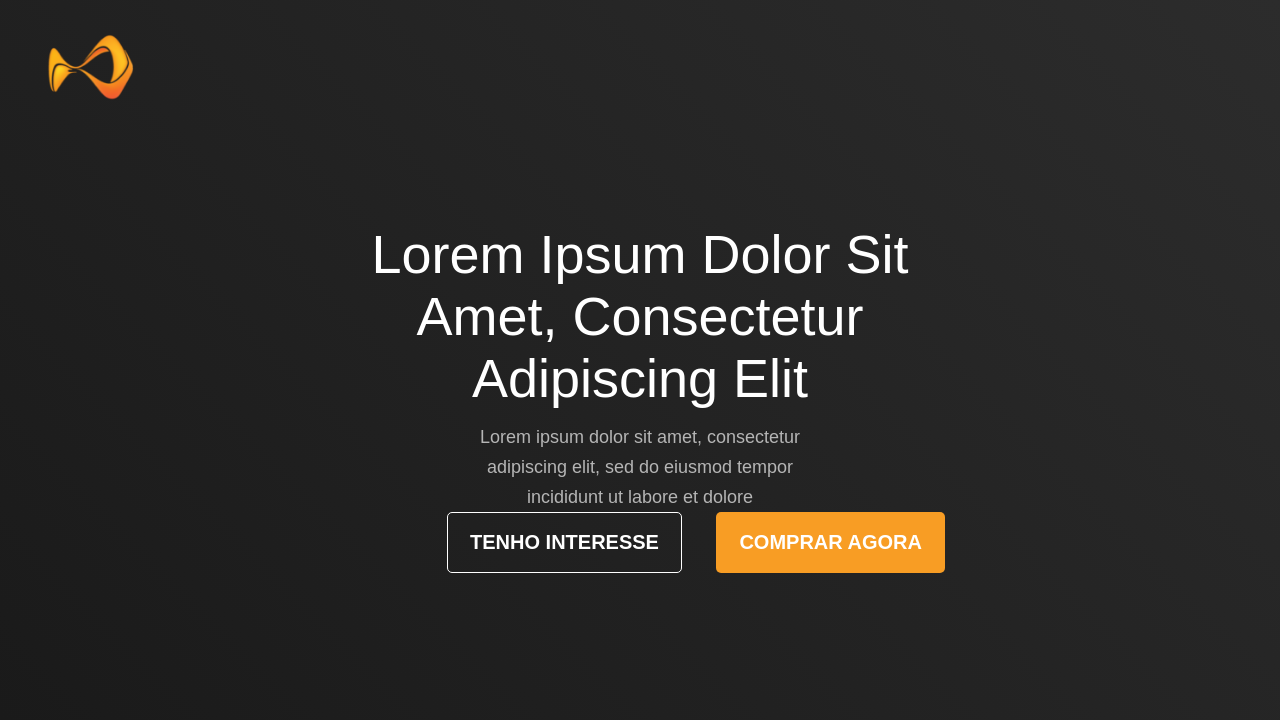
Repository: Rafael-Araujo-dev/Treinamento-Raccoon
Page: Projeto-2/index.html
These files come from the project's save history. The page is drawn as it stood at one moment and after a run of saves; the edit follows.
The browser window is 1280 px wide. The pictures show the whole page.
Some web fonts or font styles are not loaded; a fallback is used.

Above is the page before, as saved 2021-09-23 07:31:39.

After the next 5 saves:
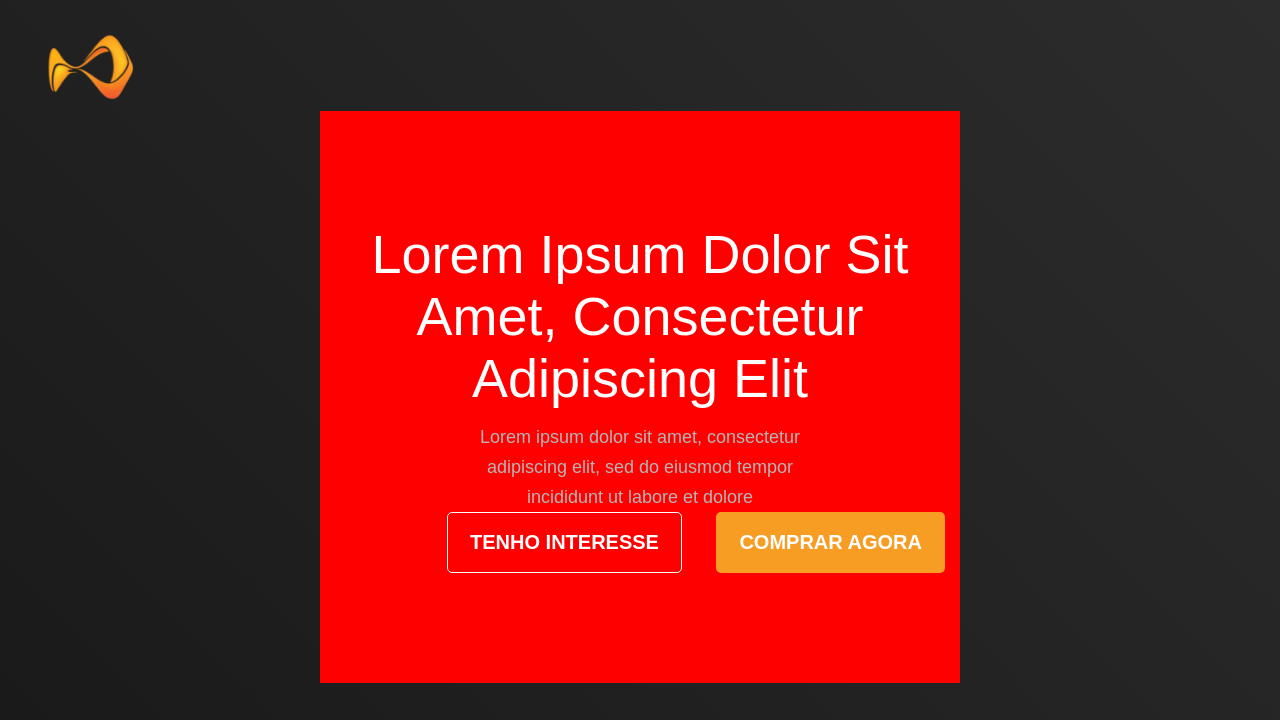
The 5 saves are shown as one change because they came seconds apart.
The last was saved 13 s later.
--- a/Projeto-2/css/style.css
+++ b/Projeto-2/css/style.css
@@ -65,7 +65,7 @@
     display: flex;
     flex-direction: column;
     flex-wrap: wrap;
-    justify-content: center;
+    background-color: red;
 }
 
 @media (max-width: 1240px) {

After the 2 saves that followed:
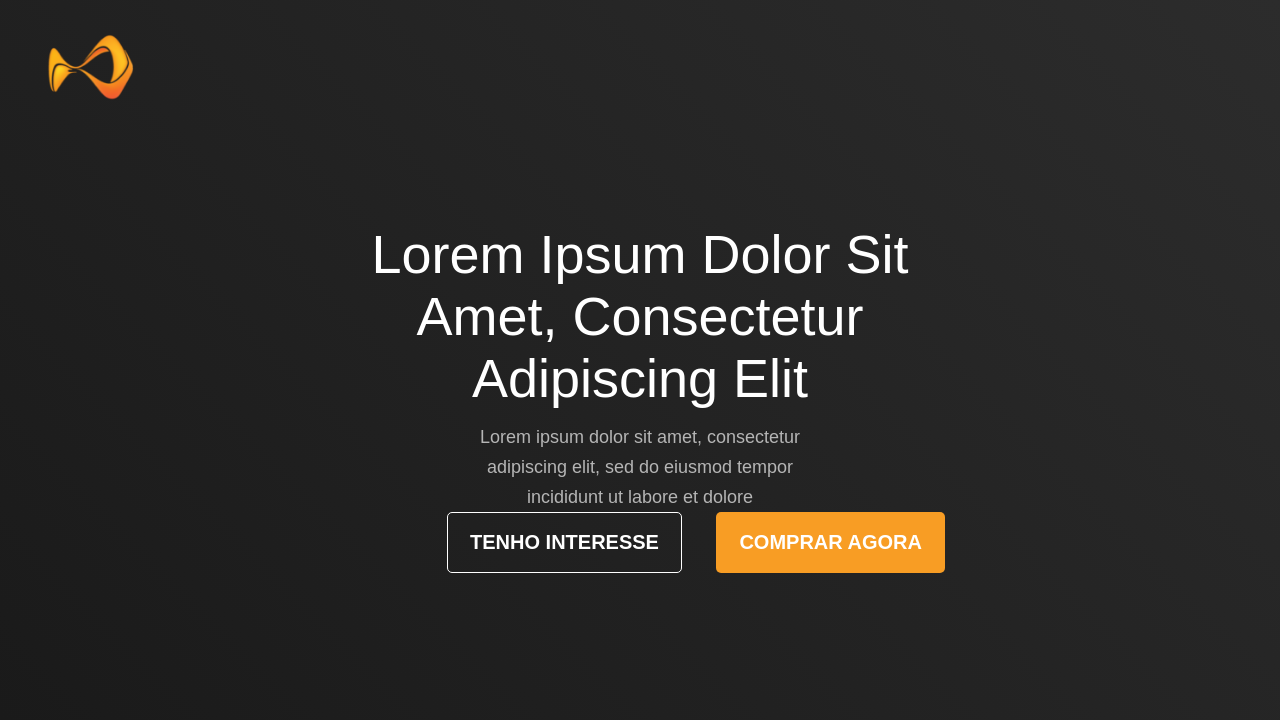
The 2 saves are shown as one change because they came seconds apart.
The last was saved 9 s later.
--- a/Projeto-2/css/style.css
+++ b/Projeto-2/css/style.css
@@ -65,7 +65,6 @@
     display: flex;
     flex-direction: column;
     flex-wrap: wrap;
-    background-color: red;
 }
 
 @media (max-width: 1240px) {
